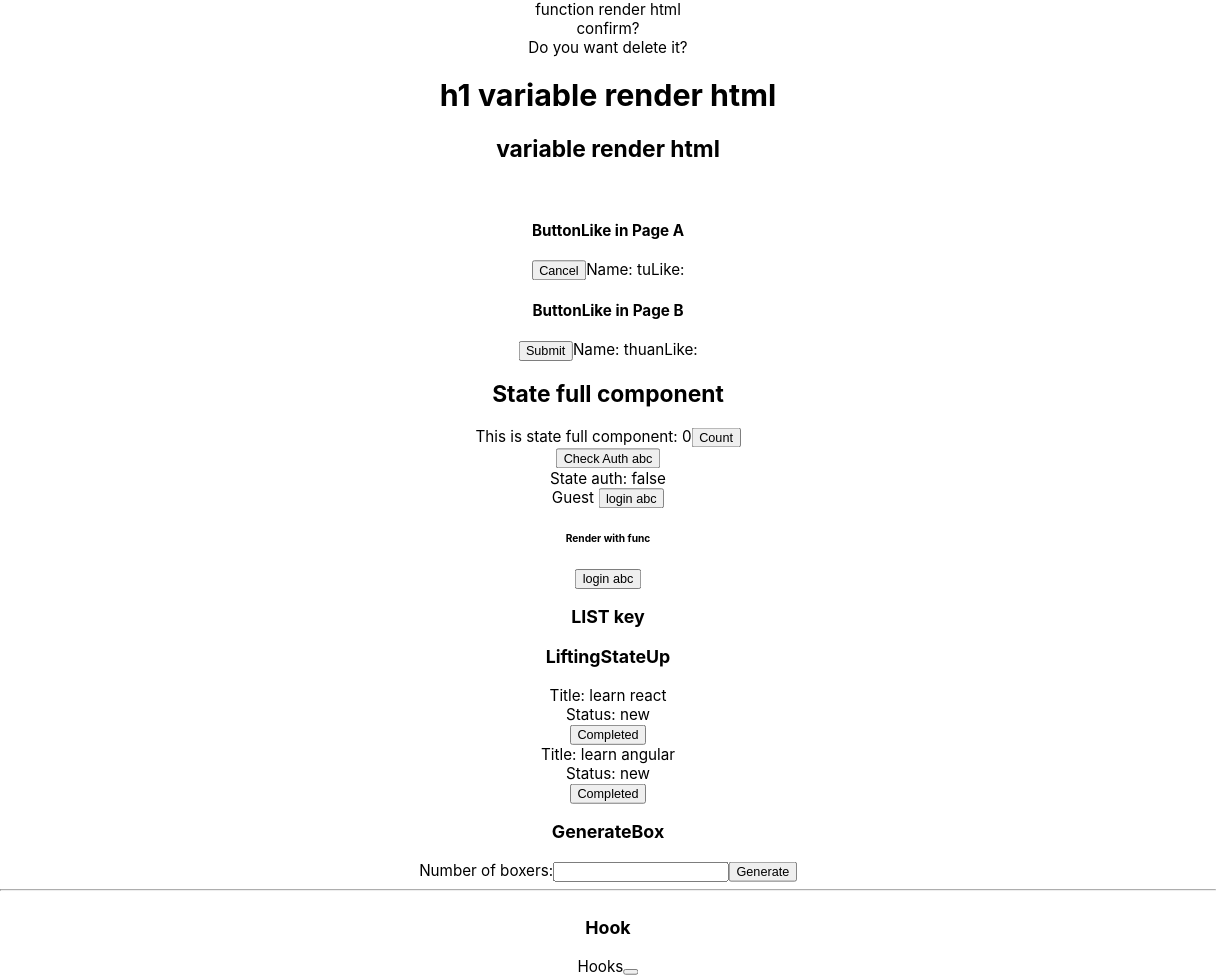
Repository: HoangTu18/reactjs-exercise
Page: /
The author's editor kept a copy of each file at every save. The page is drawn from the files as they stood at one save, then again after the next save.
The browser window is 1280 px wide. The pictures show the whole page, at 95% of full size.
The project was rebuilt for these pictures with package versions that can differ from the ones it lists, and the page was loaded fresh each time. Also part of the build but not shown: src/pages/StateObject.jsx, src/components/GenerateBox/GenerateBoxItem.jsx.

Above is the page before, as saved 2022-06-06 19:59:32.

After the next save:
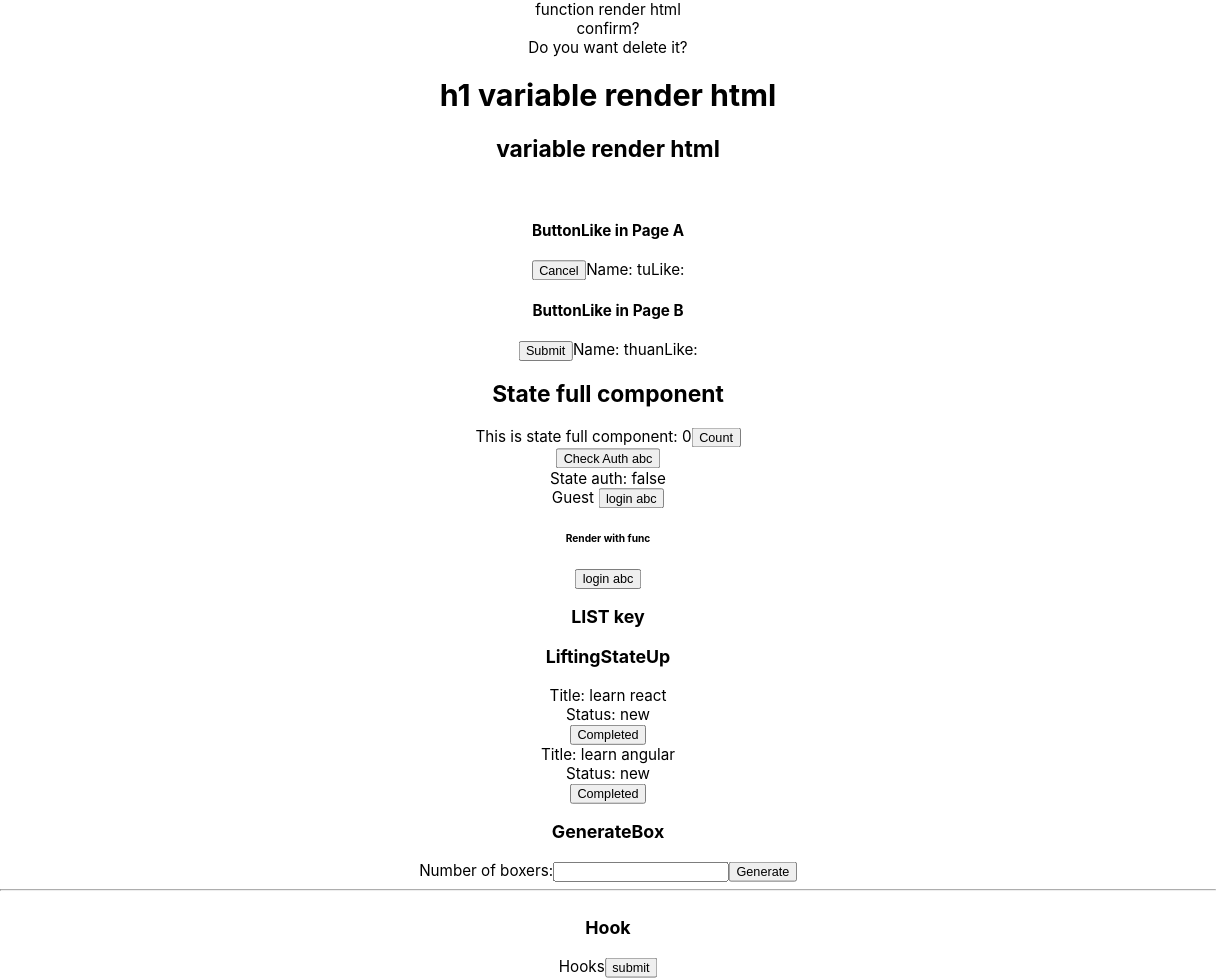
Saved 10 s later.
--- a/src/pages/Hook.jsx
+++ b/src/pages/Hook.jsx
@@ -9,7 +9,7 @@ function Hook(props) {
   return (
     <div>
       Hooks
-      <button type="button" onClick={() => {}}></button>
+      <button type="button">submit</button>
     </div>
   );
 }
